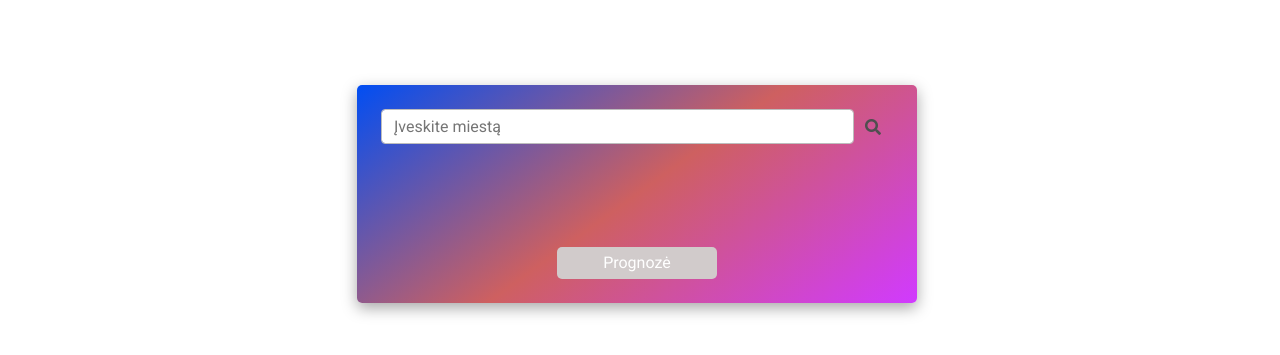
Repository: daxazz1/Weather-app
Page: index.html
An editor plug-in stored every save of this project. The page is shown before and after the next save, followed by the edit.
The browser window is 1280 px wide. The pictures show the whole page.
Some web fonts or font styles are not loaded; a fallback is used. Some web libraries are served in a nearby version.

Above is the page before, as saved 2021-11-08 10:54:20.

After the next save:
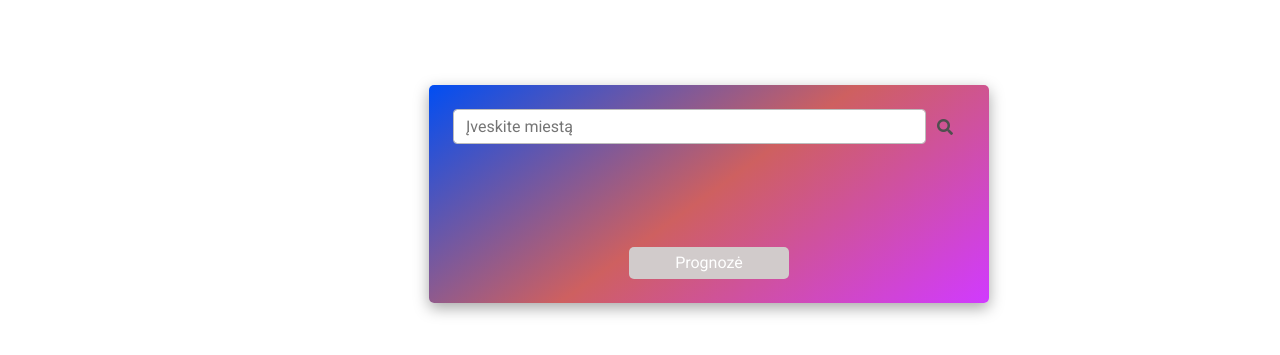
Saved 4 s later.
--- a/style.css
+++ b/style.css
@@ -1,5 +1,5 @@
 .content {
-  width: 80vh;
+  width: 60vh;
   margin: auto;
   display: block;
   padding-top: 5rem;
